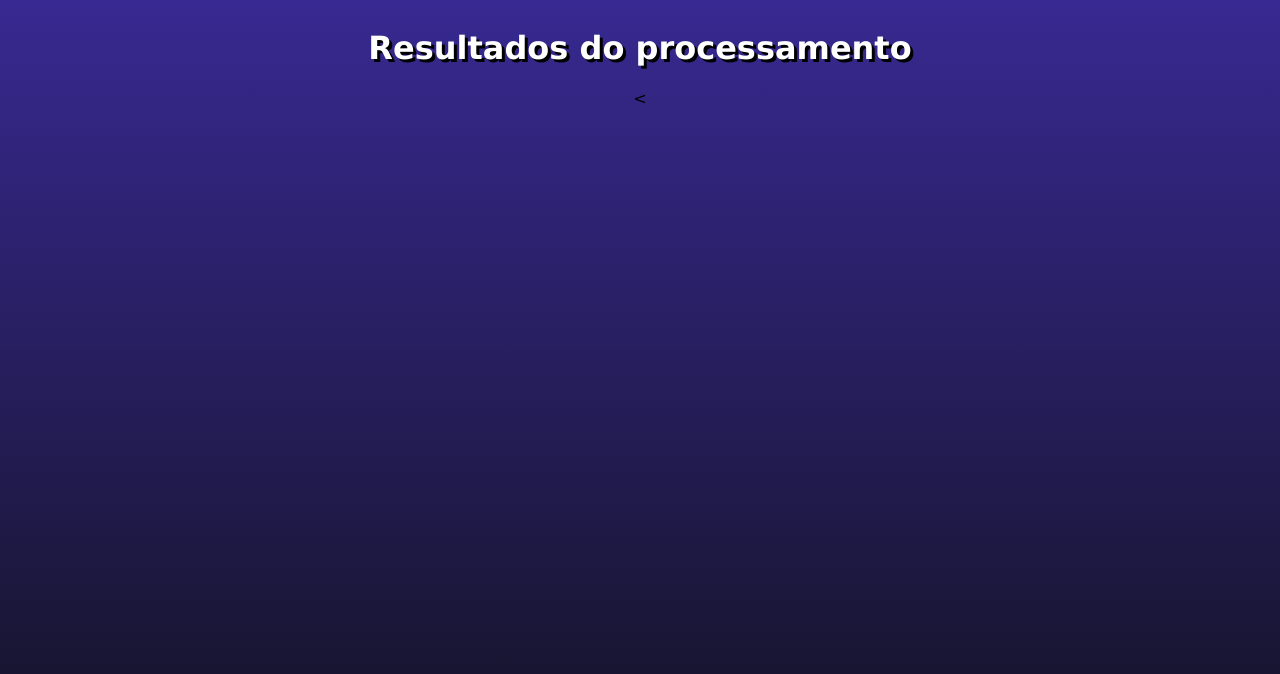
Repository: lcampagnaro/cursophp
Page: http://localhost/ex_form_php/cad.php
An editor plug-in stored every save of this project. The page is shown before and after a run of saves, followed by the edit.
The browser window is 1280 px wide. The pictures show the whole page.
The page is run by PHP 8.4 with error messages shown; the project is at /var/www/html/.

Above is the page before, as saved 2023-08-29 14:09:45.

### ex_form_php/cad.php
<!DOCTYPE html>
<html lang="pt-br">
<head>
    <meta charset="UTF-8">
    <meta name="viewport" content="width=device-width, initial-scale=1.0">
    <title>Resultado</title>
    <link rel="stylesheet" href="style.css">
</head>
<body>
    <header>
        <h1>Resultados do processamento</h1>
    </header>
    <



</body>
</html>

### ex_form_php/style.css
@charset "UTF-8";

* {
    font-family: Verdana, Geneva, Tahoma, sans-serif;
    box-sizing: border-box;
}

/* ELEMENTOS DA INTERFACE */

body {
    background-color: #15142b;
    background-image: linear-gradient(180deg, #372991, #15142b);
    background-repeat: no-repeat;
    background-position: center center;
    background-size: cover;
    background-attachment: fixed;

    display: flex;
    flex-direction: column;
    flex-wrap: nowrap;
    justify-content: center;
    align-items: center;
}

header, main, section, article {
    max-width: 700px;
}

header > h1 {
    color: white;
    text-shadow: 3px 3px 0px black;
}

main, section, article {
    background-color: white;
    padding: 15px;
    margin-bottom: 20px;
    border-radius: 10px;
    box-shadow: 0px 0px 20px rgba(0, 0, 0, 0.502);
}

footer {
    display: block;
    width: 100vw;
    background-color: #291f6c;
    color: white;
    text-align: center;
    margin-top: auto;
    padding: 5px;
}

p {
    text-align: justify;
    line-height: 1.5em;
}

h2, h3, h4 {
    color: #372991;
    margin: 0 0 10px 0;
}

a {
    color: #15142b;
    background-color: rgba(55, 41, 145, 0.1);
    padding: 0 3px;
    font-weight: 600;
    text-decoration: none;
    border-bottom: .5px dotted #372991;
}

a:hover {
    color: #372991;
    border-bottom: 1px solid #372991;
}

/* TABELAS E LISTAS */

table {
    min-width: 400px;
    border-spacing: 0px;
    border: 0.5px solid #372991;
    margin: 10px auto;
}

table th {
    background-color: #372991;
    color: white;
    padding: 5px;
    text-align: left;
}

table td {
    padding: 5px;
}

table tr {
    background-color: rgba(55, 41, 145, 0.05);
}

table tr:nth-child(odd) {
    background-color: rgba(55, 41, 145, 0.3);
}

table.divisao {
    border: 1px solid white;
}

table.divisao td {
    background-color: white;
    padding: 20px;
    text-align: center;
    font-size: 2.5em;
}

table.divisao  tr:nth-child(1) td:nth-child(2) {
    border-bottom: 3px solid black;
    border-left: 3px solid black;
}

table.divisao tr:nth-child(2) td:nth-child(2) {
    border-left: 3px solid black;
}

table.divisao tr:nth-child(2) td:nth-child(1) {
    text-decoration: underline;
}

ul > li::marker {
    color: #372991;
}

/* ELEMENTOS DE FORMULÁRIO */

form {
    background-color: rgba(55, 41, 145, 0.2);
    padding: 15px;
    border-radius: 10px;
}

form label {
    display: block;
    width: fit-content;
    font-size: 0.8em;
    font-weight: 100;
    background-color: rgba(55, 41, 145, 0.2);
    padding: 3px 7px;
    margin-top: 10px;
    margin-bottom: 0px;
    border-radius: 5px;
}

input[type=text], [type=number], select, input[type=date], input[type=date], input[type=datetime], input[type=email], input[type=month], input[type=password], input[type=range], input[type=tel], input[type=time], input[type=week] {
    width: 100%;
    padding: 12px 20px;
    font-size: 1em;
    margin: 8px 0;
    display: inline-block;
    border: 1px solid #ccc;
    border-radius: 4px;
    box-sizing: border-box;
}

input[type=submit] {
    width: 100%;
    background-color: #4CAF50;
    font-size: 1em;
    color: white;
    padding: 10px 20px;
    margin: 5px 0;
    border: none;
    border-radius: 4px;
    cursor: pointer;
}

input[type=submit]:hover {
    background-color: #45a049;
}

input[type=reset] {
    width: 100%;
    background-color: #eb9903;
    font-size: 1em;
    color: white;
    padding: 10px 20px;
    margin: 5px 0;
    border: none;
    border-radius: 4px;
    cursor: pointer;
}

input[type=reset]:hover {
    background-color: #c27013;
}

input[type=button], button {
    width: 100%;
    background-color: #372991;
    font-size: 1em;
    color: white;
    padding: 10px 20px;
    margin: 5px 0;
    border: none;
    border-radius: 4px;
    cursor: pointer;
}

input[type=button]:hover, button:hover {
    background-color: #291f6c;
}

fieldset {
    border: 0.5px dotted #372991;
}

fieldset > legend {
    font-size: 0.8em;
    font-weight: 100;
    background-color: rgba(55, 41, 145, 0.2);
    padding: 3px 7px;
    border-radius: 5px;
}

input[type=radio] + label, input[type=checkbox] + label {
    display: inline-block;
    font-size: 1em;
    background-color: rgba(0, 0, 0, 0);
}

After the next 2 saves:
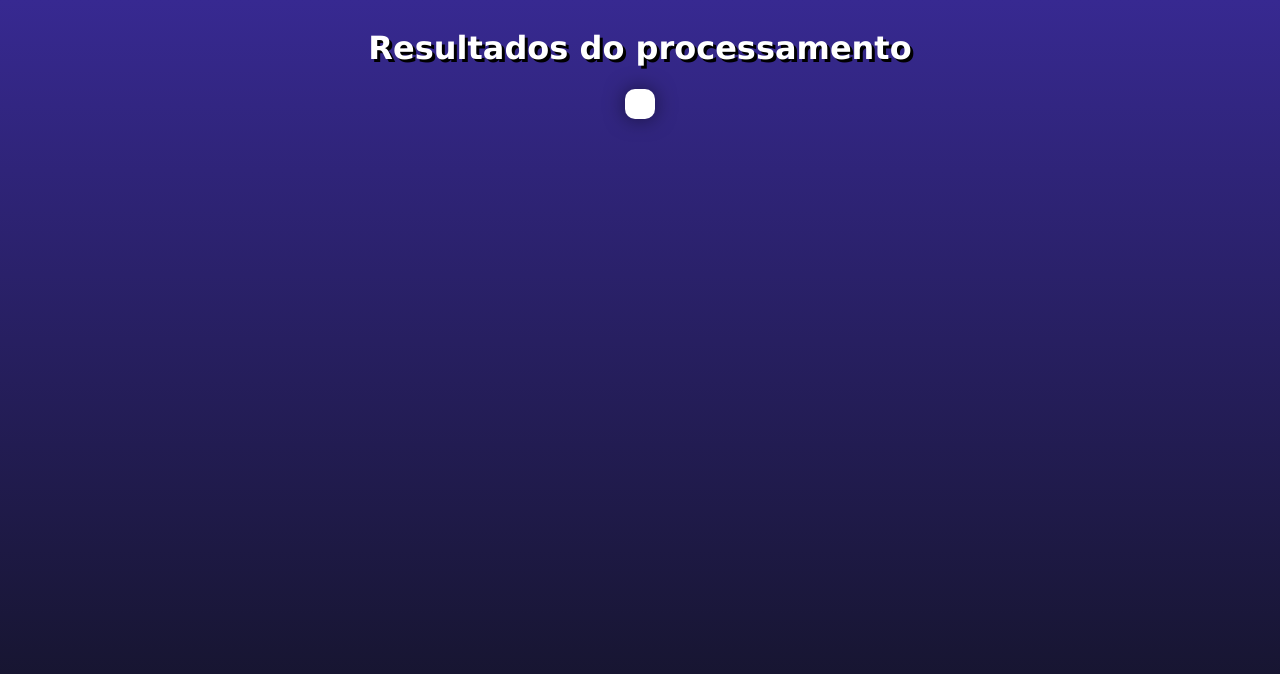
The 2 saves are shown as one change because they came seconds apart.
The last was saved 6 s later.
--- a/ex_form_php/cad.php
+++ b/ex_form_php/cad.php
@@ -10,7 +10,7 @@
     <header>
         <h1>Resultados do processamento</h1>
     </header>
-    <
+    <main>
 
 
 
